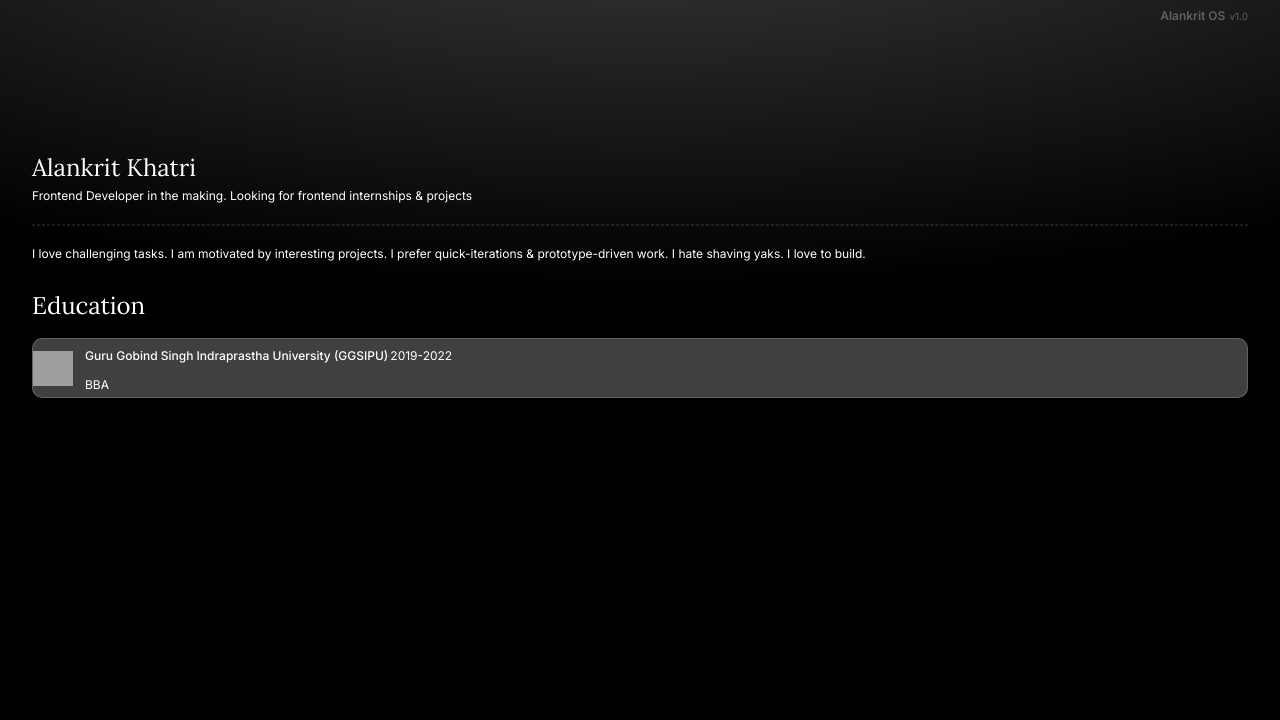
Repository: alankritkhatri/alankrit.xyz
Page: /
The author's editor kept a copy of each file at every save. The page is drawn from the files as they stood at one save, then again after the next save.
The browser window is 1280 px wide. The pictures show the whole page.
Pictures or frames that could not be fetched are drawn as grey boxes. The project was rebuilt for these pictures with package versions that can differ from the ones it lists, and the page was loaded fresh each time. Also part of the build but not shown: vite.config.js, src/blog.jsx.

Above is the page before, as saved 2024-08-11 21:20:43.

After the next save:
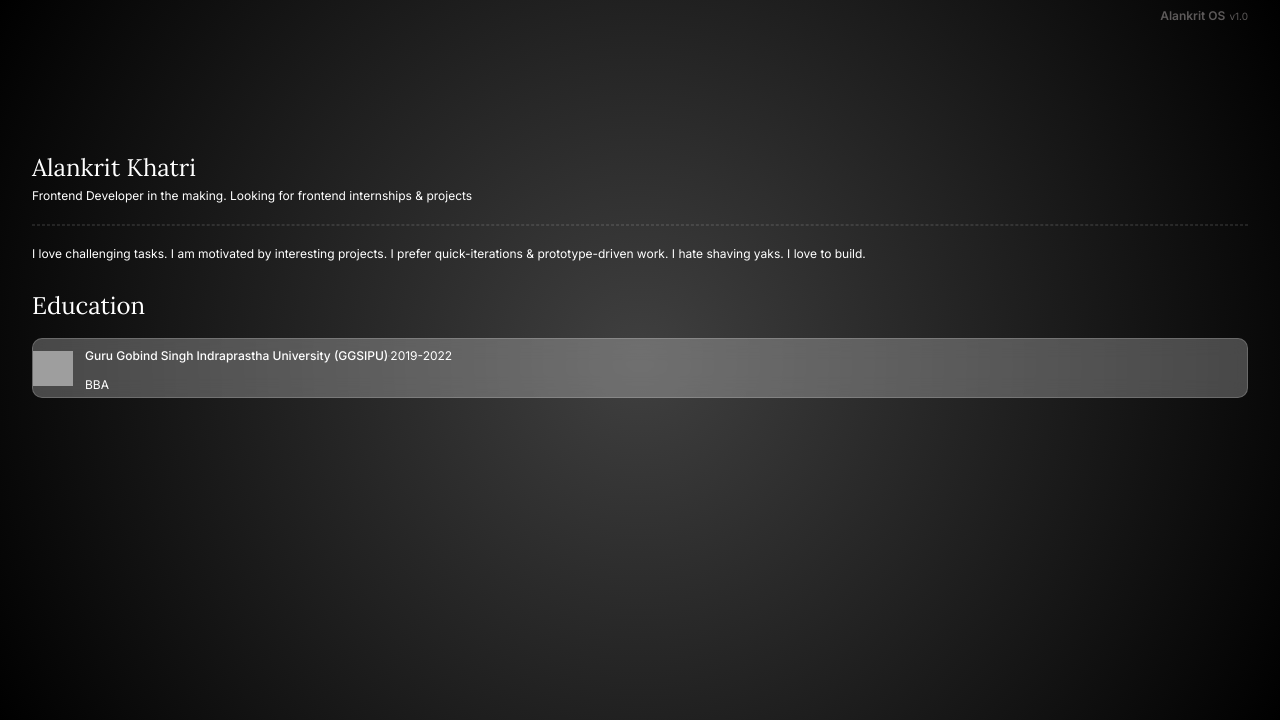
Saved 46 s later.
--- a/src/App.css
+++ b/src/App.css
@@ -7,7 +7,7 @@
 
 body,html{
   min-height: 100vh;
-background: radial-gradient(100% 60% at 50% -20%, #404040, #000000)
+ background: radial-gradient(circle at center, #404040, #000000);
 }
 .main {
   h1 {
